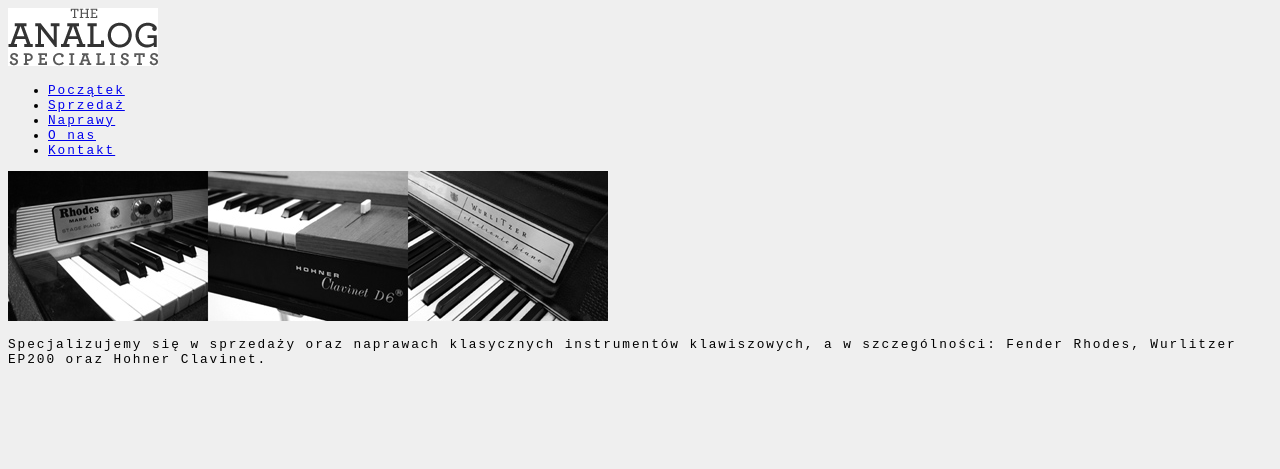
Repository: Lenerystia/HTML
Page: Rozdział 13/example.html
An editor plug-in stored every save of this project. The page is shown before and after the next save, followed by the edit.
The browser window is 1280 px wide. The pictures show the whole page.

Above is the page before, as saved 2022-04-21 18:07:15.

### Rozdział 13/example.html
<!DOCTYPE html>
<html>
    <head>
        <meta http-equiv="content-type" content="text/html" charset="UTF-8">
        <title>Pudełka elementów</title>
        <link rel="stylesheet" type="text/css" href="css/example.css">
    </head>
    <body>
        <div id="page">
        <div id="logo">
            <img src="css/images/logo.gif" alt="Analogowi specjaliści">
        </div>
            <ul id="navigation">
                <li><a href="#" class="on">Początek</a></li>
                <li><a href="#">Sprzedaż</a></li>
                <li><a href="#">Naprawy</a></li>
                <li><a href="#">O nas</a></li>
                <li><a href="#">Kontakt</a></li>
            </ul>
            <p>
                <img src="css/images/keys.jpg" alt="Fender Rhodes, Hohner Clavinet oraz Wurlitzer EP200">
            </p>
            <p>
                Specjalizujemy się w sprzedaży oraz naprawach klasycznych instrumentów klawiszowych, a w szczególności: Fender Rhodes, Wurlitzer EP200 oraz Hohner Clavinet.
            </p>
        </div>
    </body>
</html>

### Rozdział 13/css/example.css
body{
    font-size: 80%;
    font-family: 'Courier New', Courier, monospace;
    letter-spacing: 0.15em;
    background-color: #efefef;
}

After the next save:
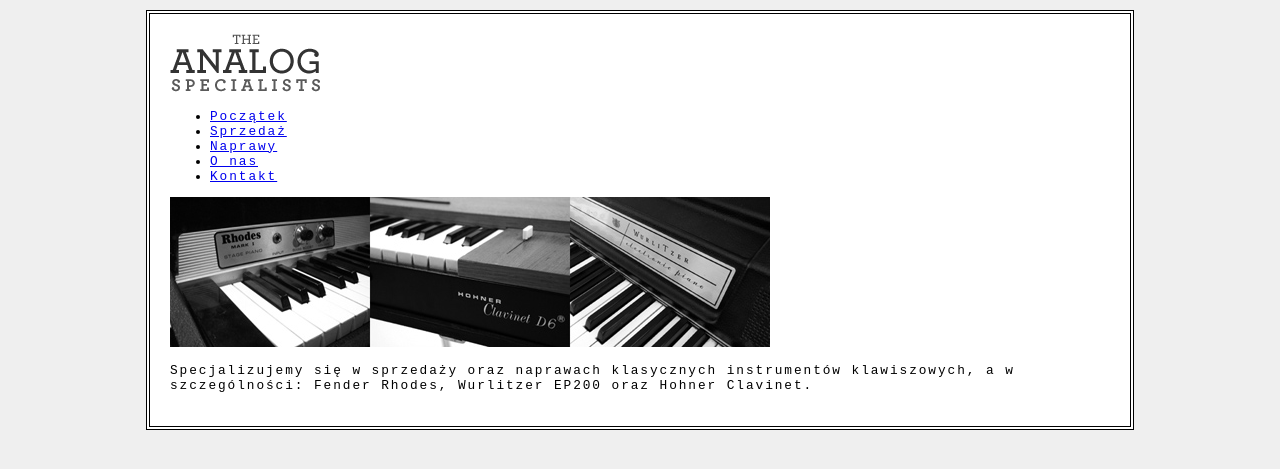
Saved 71 s later.
--- a/Rozdział 13/css/example.css
+++ b/Rozdział 13/css/example.css
@@ -4,3 +4,11 @@
     letter-spacing: 0.15em;
     background-color: #efefef;
 }
+#page{
+    max-width: 940px;
+    min-width: 720px;
+    margin: 10px auto 10px auto;
+    padding: 20px;
+    border: 4px double #000;
+    background-color: #fff;
+}
